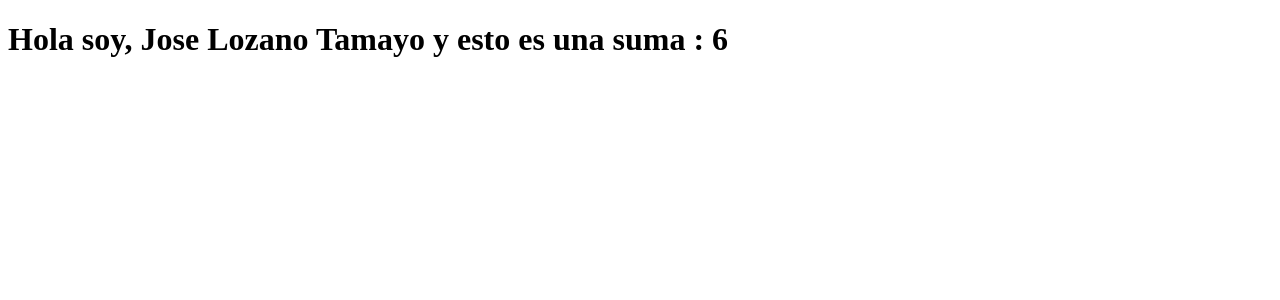
Repository: joseLozanoTamayo/project-react
Page: / (app in 1.ReactDOM.render/)
An editor plug-in stored every save of this project. The page is shown before and after a run of saves, followed by the edit.
The browser window is 1280 px wide. The pictures show the whole page.
The project was rebuilt for these pictures with package versions that can differ from the ones it lists, and the page was loaded fresh each time.

Above is the page before, as saved 2019-05-22 21:22:38.

### 1.ReactDOM.render/public/index.html
<!DOCTYPE html>
<html lang="en">

<head>
  <meta charset="utf-8" />
  <meta name="viewport" content="width=device-width, initial-scale=1, shrink-to-fit=no" />
  <title>Platzi Badges</title>
</head>

<body>
  <div id="app"></div>
</body>

</html>

### 1.ReactDOM.render/src/index.js
// const element = document.createElement('h1');
// element.innerText = 'Hello, Platzi Badges!';

// const container = document.getElementById('app');

// container.appendChild(element);

import React from 'react';
import ReactDOM from 'react-dom';


const name = 'Jose Lozano Tamayo';
const suma = () => 3 + 3;

const jsx = <h1>Hola soy, {name} y esto es una suma : {suma()}</h1>;



// const element = <h1>Hello, Platzi Badges from react!</h1>;

/*
const element = React.createElement('h1', {}, 'Hola! soy los children.');
const element_a = React.createElement('a', {href: 'https://platzi.com'}, 'ir a platzi.');
*/
const container = document.getElementById('app');

// ReactDOM.render(__qué__queremos__renderizar, __dónde__queremos_renderizar);
ReactDOM// .render(element, container)
    // .render('<br>', container)
    .render(jsx, container);


    // expresion es algo que en js se va a llamar y a interpretar.

After the next 3 saves:
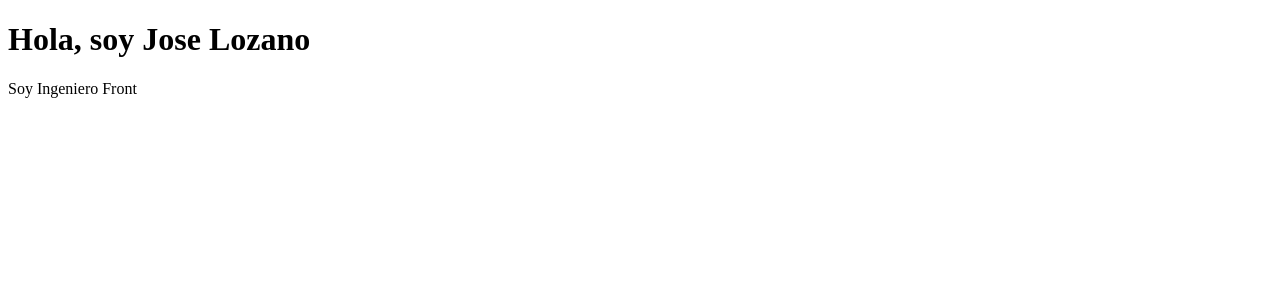
The 3 saves are shown as one change because 2 did not build or start.
The last was saved 112 s later.
--- a/1.ReactDOM.render/src/index.js
+++ b/1.ReactDOM.render/src/index.js
@@ -12,7 +12,7 @@
 const name = 'Jose Lozano Tamayo';
 const suma = () => 3 + 3;
 
-const jsx = <h1>Hola soy, {name} y esto es una suma : {suma()}</h1>;
+// const jsx = <h1>Hola soy, {name} y esto es una suma : {suma()}</h1>;
 
 
 
@@ -22,6 +22,15 @@
 const element = React.createElement('h1', {}, 'Hola! soy los children.');
 const element_a = React.createElement('a', {href: 'https://platzi.com'}, 'ir a platzi.');
 */
+
+
+
+const jsx = (
+<div>
+    <h1>Hola, soy Jose Lozano</h1>
+    <p>Soy Ingeniero Front</p>
+</div>
+);
 const container = document.getElementById('app');
 
 // ReactDOM.render(__qué__queremos__renderizar, __dónde__queremos_renderizar);
